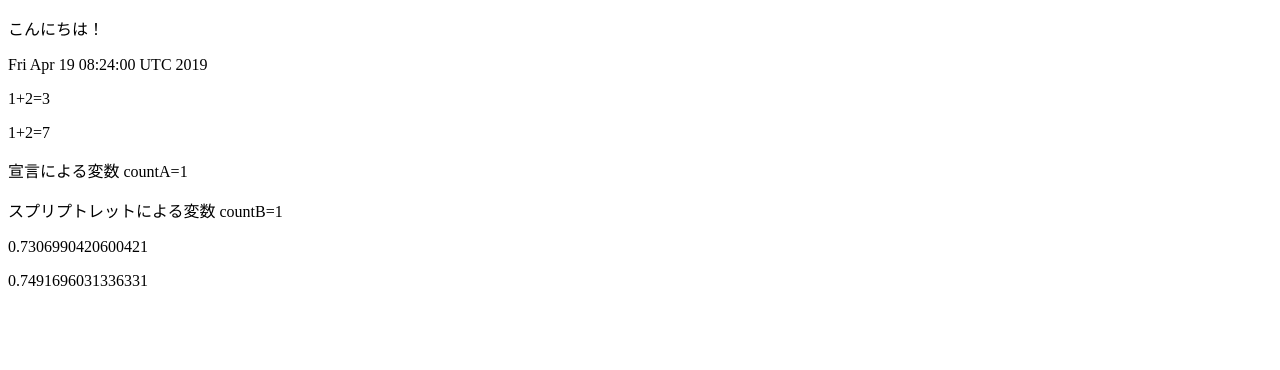
Repository: emiK1229/test
Page: http://localhost/HelloJSP/
These files come from the project's save history. The page is drawn as it stood at one moment and after the next save; the edit follows.
The browser window is 1280 px wide. The pictures show the whole page.
The page is served by Tomcat 9.

Above is the page before, as saved 2019-04-22 01:18:59.

After the next save:
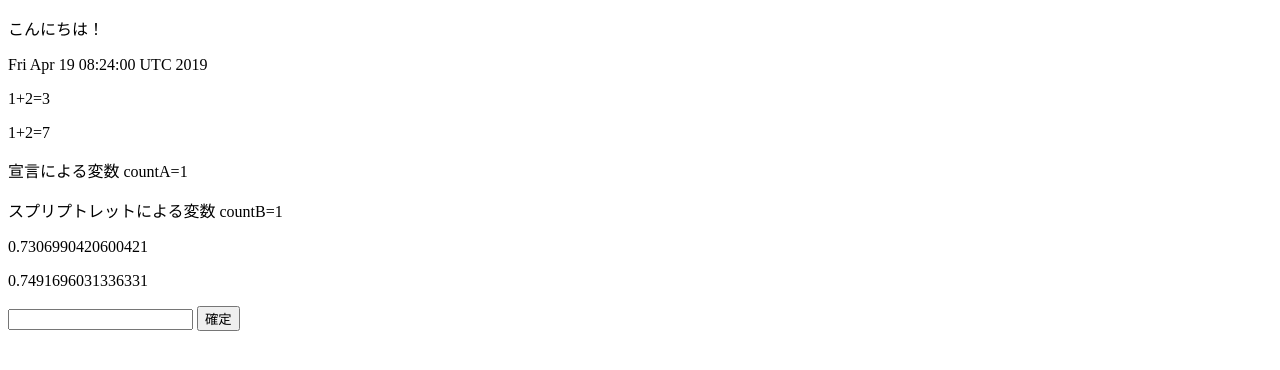
Saved 3 min 49 s later.
--- a/HelloJSP/WebContent/index.jsp
+++ b/HelloJSP/WebContent/index.jsp
@@ -29,5 +29,10 @@ countB++;
 
 <p><% out.println(Math.random()); %></p>
 <p><%=Math.random() %></p>
+
+<form method="post action="greeting-out.jsp">
+<input type="text" name="user">
+<input type="submit" value="確定">
+</form>
 </body>
 </html>
